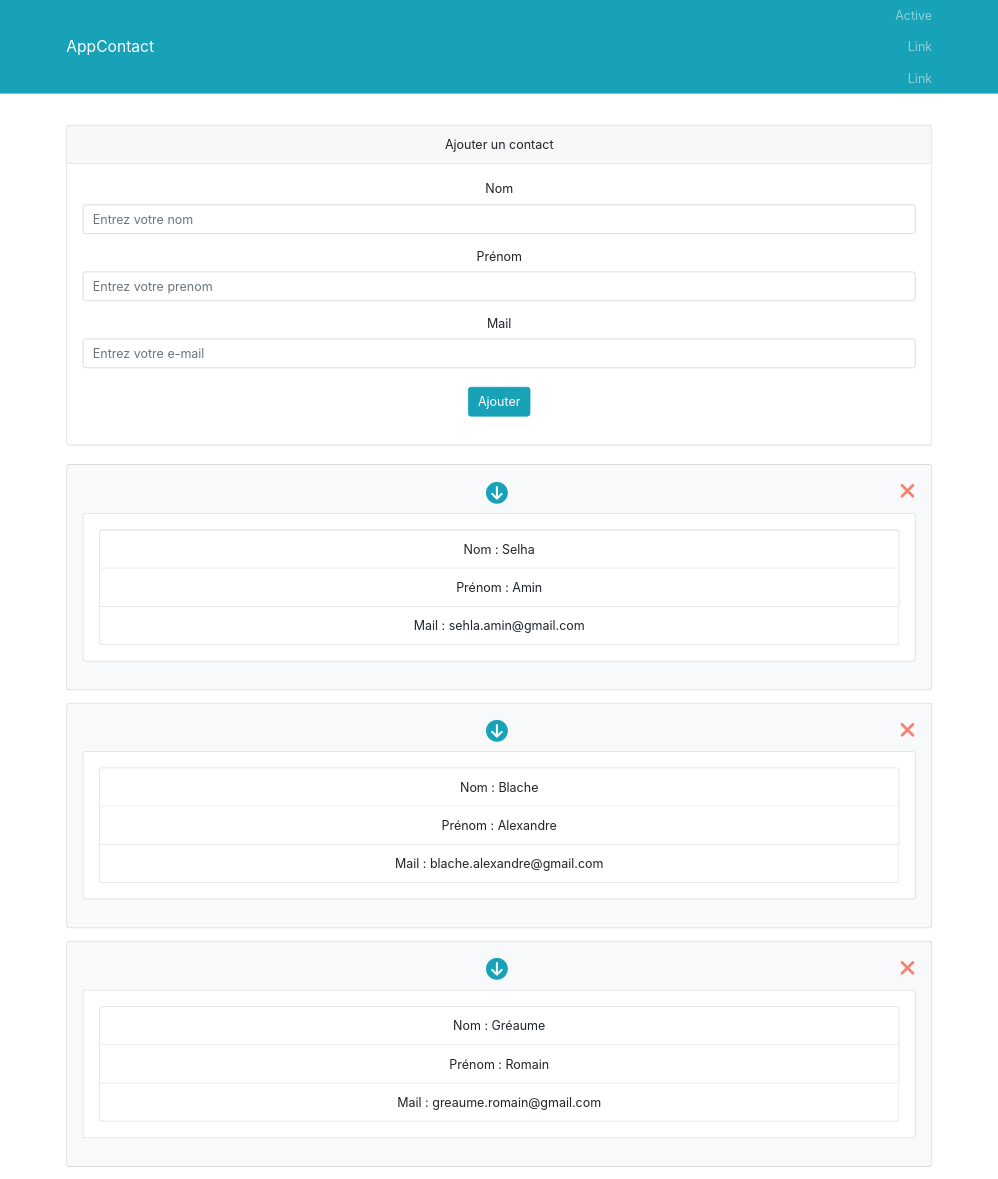
Repository: romgrm/appContact
Page: /
An editor plug-in stored every save of this project. The page is shown before and after a run of saves, followed by the edit.
The browser window is 1280 px wide. The pictures show the whole page, at 78% of full size.
Some web libraries are served in a nearby version. The project was rebuilt for these pictures with package versions that can differ from the ones it lists, and the page was loaded fresh each time.

Above is the page before, as saved 2020-12-04 15:05:58.

### public/index.html
<!DOCTYPE html>
<html lang="en">
  <head>
    <meta charset="utf-8" />
    <link rel="icon" href="%PUBLIC_URL%/favicon.ico" />
    <meta name="viewport" content="width=device-width, initial-scale=1" />
    <meta name="theme-color" content="#000000" />
    <meta
      name="description"
      content="Web site created using create-react-app"
    />
    <link rel="apple-touch-icon" href="%PUBLIC_URL%/logo192.png" />

    <link rel="manifest" href="%PUBLIC_URL%/manifest.json" />

    <title>React App</title>
  </head>
  <body>
    <noscript>You need to enable JavaScript to run this app.</noscript>
    <div id="root"></div>
    <script src="https://kit.fontawesome.com/f66925acc9.js" crossorigin="anonymous"></script>

  </body>
</html>

### src/App.js
import Header from './Components/Header'
import Liste from './Components/Liste'
import {Provider} from './Context'
import AddContact from './Components/AddContact'

import 'bootstrap/dist/css/bootstrap.min.css'


function App() {
  return (

    // On importe notre Provider et on entoure notre app de notre Provider pour que nos components ai bien accès au state
    <Provider>

      <div className="App">
        <Header />
        <div className="container pt-4">
        <AddContact />
      </div>
        <div className="container pt-4">
          <Liste />
        </div>
      </div>
    </Provider>
  );
}

export default App;

### src/Components/Header.js
import React, { Component } from 'react'

export default class Header extends Component {
    render() {
        return (
            <React.Fragment>
                <nav className="navbar navbar-dark bg-info mb-3 py-0">
                    <div className="container">
                        <a href="/" className="navbar-brand">AppContact</a>
                        <ul className="navbar-nav">
                            <li className="nav-item ml-auto">
                                <a className="nav-link " href="/">Active</a>
                            </li>
                            <li className="nav-item ml-auto">
                                <a className="nav-link" href="/">Link</a>
                            </li>
                            <li className="nav-item ml-auto">
                                <a className="nav-link" href="/">Link</a>
                            </li>
                        </ul>
                    </div>
                </nav>

            </React.Fragment>

        )
    }
}

### src/Components/Liste.js
import React, { Component } from 'react'
import Contact from './Contact'
import { Consumer } from '../Context'


// On importe le Consumer qui va permettre au component Liste d'utiliser notre Provider et donc utiliser notre State
export default class Liste extends Component {



    // // Fonction qui permet de delete un contact par rapport à son id rentré en paramètre de la fonction
    // deleteContactData = (id) => {
    //     this.setState({
    //         contacts: this.state.contacts.filter(current => current.id !== id) // on ne garde que les id qui ne sont pas égaux à l'id entré en paramètre, autrement dit l'id 'current'
    //     })
    //     // Mon "nouveau contacts" est mtn égal à mon contacts filtré par son id
    // }

    render() {
        return (
            // On intègre le Consumer à notre render(). On utilise 'value' qui fait référence au value de notre Provider dans Context.js, autrement dit à la valeur de notre state, puis on return notre code qui fait appel au state et qui renvoie des props à Contact.js
            <Consumer>
                {value => {
                    return (
                        <React.Fragment>
                            {value.contacts.map(current => ( // ici on appelle plus this.state.contacts mais value.contacts, car value contient notre state dans Context.js ou est notre objet contacts et ses données
                                <Contact
                                    key={current.id}
                                    id={current.id} // on rajoute cet id car même si c'est le même id que celui de la 'key', on a pas le droit d'utiliser la 'key' comme identifiant d'un élément dans un component
                                    Contact={current.contact}
                                    Nom={current.nom}
                                    Prenom={current.prenom}
                                    Mail={current.mail}
                                    // Delete est considéré comme une fonction anonyme qui prend en valeur la fonction deleteContactData() avec comme paramètre l'id de 'current', donc l'id actuel
                                    // Delete={() => this.deleteContactData(current.id)}
                                    />

                            ))}
                        </React.Fragment>
                    )
                }}
            </Consumer>

        )
    }
}

### src/Context.js
import React, {Component} from 'react'

// création de l'Api context
const Context = React.createContext();

// création du Reducer, qui va permettre d'effecturer des actions
// Il prend en paramètre le state et 'action' qui va donc permettre de gérer les actions avec action entré en paramètre de notre reducer

const reducer = (state, action) => {

    // Le switch permet de gérer plusieurs actions. Notre première action est la suppression d'un contact.
    switch(action.type) {
        case 'DELETE_CONTACT':
            return{
                contacts: state.contacts.filter(current => current.id !== action.payload) // on return la fonction similaire qu'on avait fait dans Liste.js pour delete un contact sauf qu'a la fin
                                                                                        //c'est pas juste 'id' mais action.payload, payload signifiant lorsque l'action est effectuée/résultat de l'évènement
                                                                                        // donc on va garder seulement ceux sur quoi on a pas eu un évènement/action, en l'occurence le clic sur la croix rouge
                };
        case 'ADD_CONTACT':                                     // Action qui va nous permettre d'ajouter un contact via le formulaire de Addcontact.js
            return{
                contacts: [action.payload, ...state.contacts]  // On reprend notre state 'contacts', auquel on assigne le 'action.payload' qui est l'action de créer/ajouter un contact, au state 'contacts' déjà existant
                                                                // pour garder nos contacts existants et en ajouter un autre (d'ou le spread operator)
            }
            default: return state;
    }
}

export class Provider extends Component {
    state = {
        contacts: [
            {
                id:1,
                nom: 'Selha',
                prenom: 'Amin',
                mail: 'sehla.amin@gmail.com'
            },
            {
                id:2,
                nom: 'Blache',
                prenom: 'Alexandre',
                mail: 'blache.alexandre@gmail.com'
            },
            {
                id:3,
                nom: 'Gréaume',
                prenom: 'Romain',
                mail: 'greaume.romain@gmail.com'
            }
        ],

        /** Le Dispatch va permettre d'executer les actions du reducer avec les components. C'est donc logique d'avoir une modification du state (setState) qui renvoie le reducer avec le state&action */
        dispatch: action => {
            this.setState(state => reducer(state,action))
        }
    }

    render(){
        return(

            /**Le provider va nous permettre de donner/rendre/fournir notre state à des components car il va entourer toute notre application. Le this.props.children va permettre à nos composants d'apparaitre/d'être affichés vu que notre provider va entourer toute l'app */
            <Context.Provider value={this.state}>
                {this.props.children}
            </Context.Provider>
        )
    }
}

// on exporte le Consumer qui va permettre aux components d'utiliser le state de notre provider.
export const Consumer = Context.Consumer;

### src/Components/AddContact.js
import React, { Component } from 'react'
import Contact from './Contact'
import { Consumer } from '../Context'
import {v1 as uuid} from 'uuid'

export default class AddContact extends Component {

    state = {
        nom: '',
        prenom: '',
        mail: ''
    }

    onChange = (event) => {
        this.setState({
            [event.target.name]: event.target.value // [event.target.name] -> récupère tous les 'name' des inputs (donc nom,prenom,mail). event.target.valuue -> récupère tous les 'value' des inputs.
        })
    }

    onSubmit = (dispatch, event) => {
        event.preventDefault()

        // Ce newContact correspond au (action.payload) de notre Dispatch, c'est l'action ajouter contact, c'est ces données qui vont être ajoutées au State actuel
        const newContact={
            id: uuid(), // id auto-généré dès qu'un contact est créé grâce au module 'uuid' importé
            nom: this.state.nom,
            prenom: this.state.prenom,
            mail: this.state.mail
        }

        // Ici on execute le dispatch avec le même type d'action qu'on a déclaré dans le Context.js, et l'action à envoyer (payload) c'est notre newContact
        dispatch({type:'ADD_CONTACT', payload: newContact})

        // Permet de remettre à 0 nos inputs
        this.setState({
            nom: '',
            prenom: '',
            mail: ''
        })
    }
    render() {

        // Notre component aura donc accès au state global (les contacts déjà existants) ainsi qu'a l'action 'ADD_CONTACT' pour ajouter un contact au state existant
        return (
            <Consumer>
                {value => {
                    return (
                        <div className="card text-center">
                            <div className=" card-header">Ajouter un contact</div>

                            <div className="card-body">
                                <form onSubmit={this.onSubmit.bind(this, value.dispatch)}> {/** Pour l'envoie du formulaire, on doit utiliser le dispatch vu qu'on est dans un
                                 * Provider. Donc pour utiliser le dispatch en argument pour notre onSubmit(), on utilise le .bind() qui permet de retourner la valeur/fonction
                                 * current (le this), puis l'autre argument à ajouter, en l'occurence notre dispatch qui est dans le state et qui va servir pour executer l'action addContact
                                 */}
                                    <div className="form-group">
                                        <label htmlFor="nom">Nom</label>
                                        <input
                                            type="text"
                                            className="form-control"
                                            name="nom"
                                            placeholder="Entrez votre nom"
                                            style={{ textCenter: 'center' }}
                                            onChange={this.onChange}
                                            value={this.state.nom}
                                        ></input>
                                        <label htmlFor="prenom" className="mt-3">Prénom</label>
                                        <input
                                            type="text"
                                            className="form-control"
                                            name="prenom"
                                            placeholder="Entrez votre prenom"
                                            onChange={this.onChange}
                                            value={this.state.prenom}
                                        ></input>
                                        <label htmlFor="mail" className="mt-3">Mail</label>
                                        <input
                                            type="text"
                                            className="form-control"
                                            name="mail"
                                            placeholder="Entrez votre e-mail"
                                            onChange={this.onChange}
                                            value={this.state.mail}
                                        ></input>
                                        <input
                                            type="submit"
                                            value="Ajouter"
                                            className="btn btn-info mt-4">
                                        </input>

                                    </div>

                                </form>
                            </div>

                        </div>
                    )
                }}
            </Consumer>
        )
    }
}

### src/Components/Contact.js
import React, { Component } from 'react'
import {Consumer} from '../Context'

export default class Contact extends Component {

    state = {
        show: true
    }

    // Fonction qui permet de faire l'inverse de show (tips: on fait une fonction flechée car les fonctions simple ne peuvent être référencées avec le this.nomdelafunction)
    display = () => {
        this.setState({
            show: !this.state.show
        }, console.log(this.state.show))
    }

    // La fonction deleteContact va prendre en paramètre l'id de notre contact (présent dans le state global de Context.js) ainsi que le dispatch (permet de récupérer les actions émises par le Reducer)
    deleteContact = (id, dispatch) => {
        dispatch({type: 'DELETE_CONTACT', payload: id}) // on éxécute le dispatch en lui mettant le type d'action a effectuer (on reprend l'action DELETE_CONTACT créée dans le switch de notre Reducer) et le trigger/déclencher Payload qui est l'id de notre contact à delete
    }

    render() {
        // on fait pareil que dans Liste.js, on import le Consumer et on intègre dans le Consumer nos données pour qu'elles aient accès au state du Provider
        return(
            <Consumer>
                {value => {
                    return(
                        <div className="card card-body bg-light text-center mb-3">
                <p className="h3">{this.props.Contact}&nbsp; <i style={{cursor: 'pointer', color: '#18A2B8'}} className="fas fa-arrow-circle-down"
                onClick={this.display}></i>
                <i className="fas fa-times" style={{float:'right', cursor: 'pointer', color: 'salmon'}}
                onClick={() => this.deleteContact(this.props.id, value.dispatch)}></i> {/** ici on utilise notre Croix pour effectué une action au clic. Cette action va appeler la fonction deleteContact() qui va prendre en paramètre l'id de notre contact (qui est dans le state) ainsi que l'action à executée (DELETE_CONTACT) présent dans le Reducer, envoyée grâce au Dispatch, lui même présent dans le state (d'ou le value.dispatch) */}
                </p>
                {/*Opération ternaire qui permet de dire : est ce que le show de state est 'true' ? si oui, affiche moi les données, si non, return null, donc cache les */}
                {this.state.show ? (
                    <ul className="card card-body">
                    <li className="list-group-item"> Nom : {this.props.Nom}</li>
                    <li className="list-group-item"> Prénom : {this.props.Prenom}</li>
                    <li className="list-group-item"> Mail : {this.props.Mail}</li>
                </ul>
                ) : null}
            </div>
                    )
                }}
            </Consumer>
        )
    }
}

Loaded but not shown: src/index.js (common file)

After the next 9 saves:
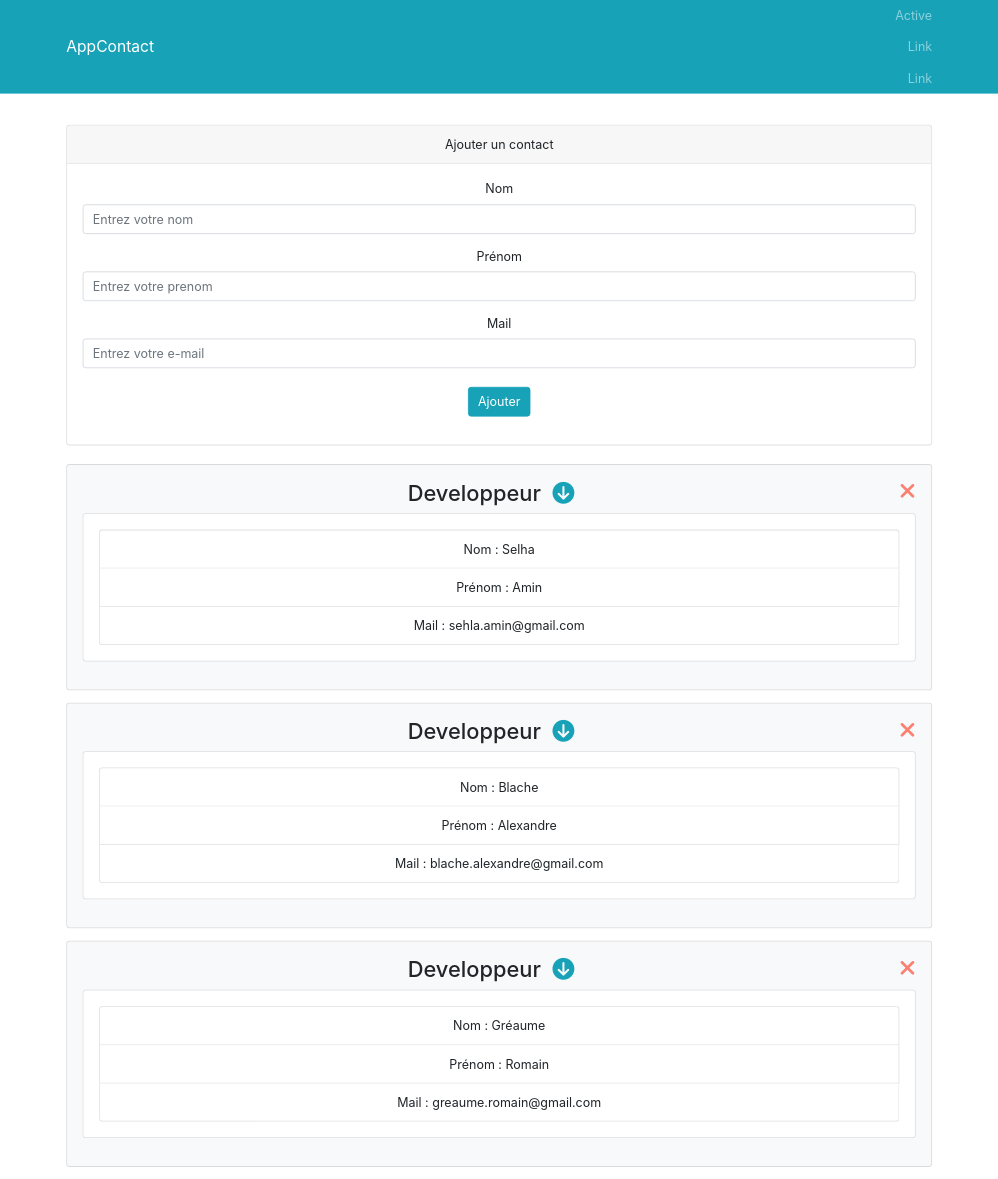
The 9 saves are shown as one change because they came seconds apart.
The last was saved 73 s later.
--- a/src/Context.js
+++ b/src/Context.js
@@ -30,18 +30,21 @@ export class Provider extends Component {
         contacts: [
             {
                 id:1,
+                contact: 'Developpeur',
                 nom: 'Selha',
                 prenom: 'Amin',
                 mail: 'sehla.amin@gmail.com'
             },
             {
                 id:2,
+                contact: 'Developpeur',
                 nom: 'Blache',
                 prenom: 'Alexandre',
                 mail: 'blache.alexandre@gmail.com'
             },
             {
                 id:3,
+                contact: 'Developpeur',
                 nom: 'Gréaume',
                 prenom: 'Romain',
                 mail: 'greaume.romain@gmail.com'
